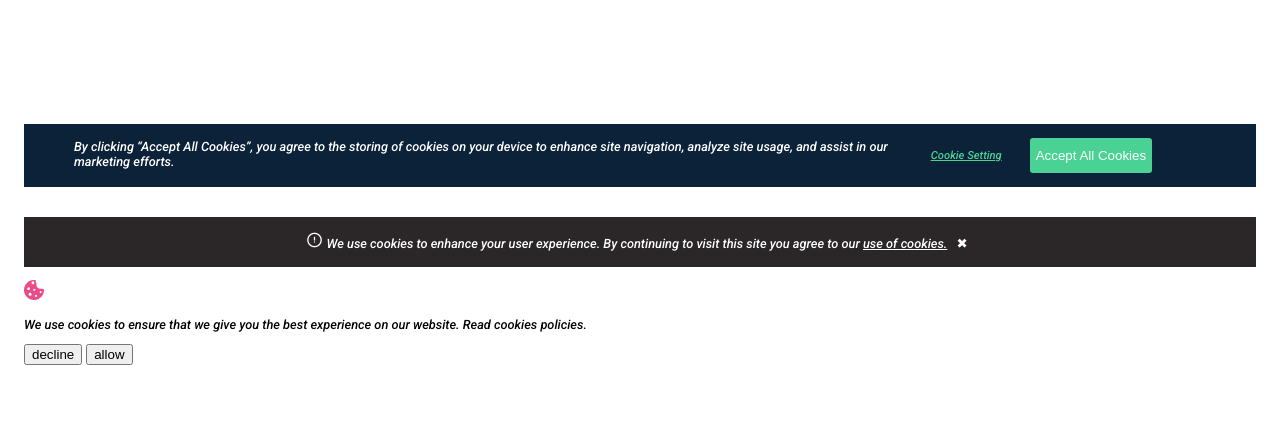
Repository: batonAnton/cursor_cookies_lectr3
Page: index.html
The author's editor kept a copy of each file at every save. The page is drawn from the files as they stood at one save, then again after the next save.
The browser window is 1280 px wide. The pictures show the whole page.

Above is the page before, as saved 2022-06-01 12:19:06.

### index.html
<!DOCTYPE html>
<html lang="en">
<head>
    <meta charset="UTF-8">
    <meta http-equiv="X-UA-Compatible" content="IE=edge">
    <meta name="viewport" content="width=device-width, initial-scale=1.0">
    <link rel="preconnect" href="https://fonts.googleapis.com">
    <link rel="preconnect" href="https://fonts.gstatic.com" crossorigin>
    <link href="https://fonts.googleapis.com/css2?family=Roboto:ital,wght@1,500&display=swap" rel="stylesheet">
    <link rel="stylesheet" href="/css/style.css">
    <title>Cookie Banner</title>
</head>
<body>
    <div class="container">
        <div class="banner_1">
            <p>By clicking “Accept All Cookies”, you agree to the storing of cookies on your device to enhance site navigation, analyze site usage, and assist in our <br> marketing efforts.</p>
            <a href="#">cookie setting</a>
            <button>accept all cookies</button>
        </div>

        <div class="banner_2">
            <p> <img src="/images/exclamation mark.png" alt="mark"> We use cookies to enhance your user experience. By continuing to visit this site you agree to our <span class="under_span">use of cookies.</span>
                <button><span>&#10006</span></button>
            </div></p>
        </div>

        <div class="banner_3">
            <img src="/images/pink_cookies.png" alt="img cookies">
            <p>We use cookies to ensure that we give you the best experience on our website. Read cookies policies. </p>
            <button class="false_btn">decline</button>
            <button class="true_btn">allow</button>
        </div>
    </div>
</body>
</html>

### css/style.css
body {
  margin: 124px 24px;
  font-family: "Roboto", sans-serif;
}
p {
  font-size: 0.8rem;
}

.banner_1 {
  width: 100%;
  display: inline-flex;
  background-color: #0b2239;
}

.banner_1 p {
  color: #ffffff;
  margin: 15px 15px 15px 50px;
}

.banner_1 a {
  color: #4ad295;
  margin: 25px 28px;
  font-size: 0.7rem;
  text-transform: capitalize;
}

.banner_1 button {
  color: #ffffff;
  background-color: #4ad295;
  margin: 14px 50px 0px 0px;
  height: 35px;
  text-transform: capitalize;
  border-radius: 3px;
  border: none;
}

.banner_2 {
  width: 100%;
  margin-top: 30px;
  background-color: #2b2627;
  display: inline-flex;
}

.banner_2 p {
  color: #ffffff;
  margin: 15px auto;
}

.banner_2 button {
  border: none;
  color: #ffffff;
  background-color: #2b2627;
}

.under_span {
  text-decoration: underline;
}

After the next save:
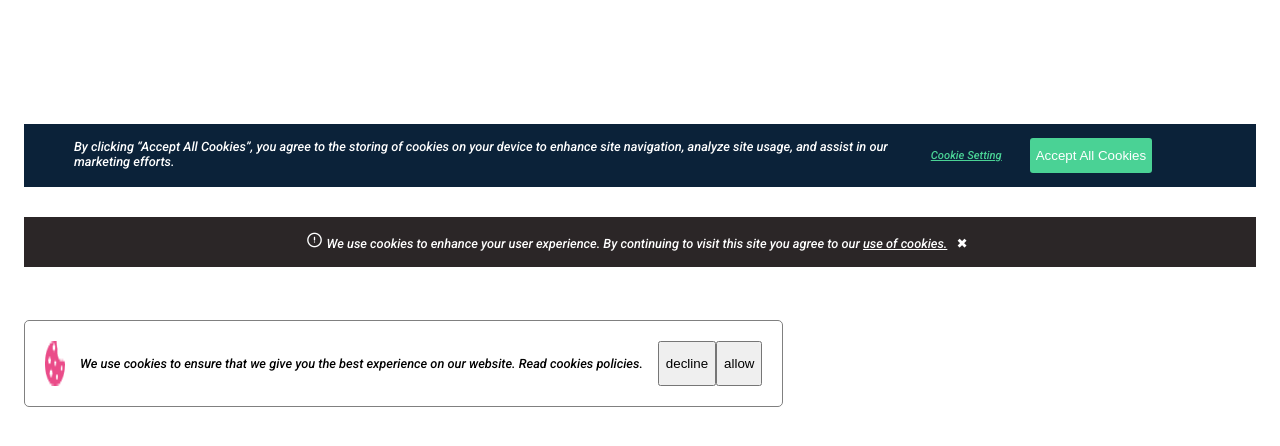
Saved 13 min 54 s later.
--- a/css/style.css
+++ b/css/style.css
@@ -55,3 +55,15 @@ p {
 .under_span {
   text-decoration: underline;
 }
+
+.banner_3 {
+  display: inline-flex;
+  margin-top: 40px;
+  border-radius: 5px;
+  border: 1px solid gray ;
+  padding: 20px;
+}
+
+.banner_3 p{
+    margin: 15px;
+}
